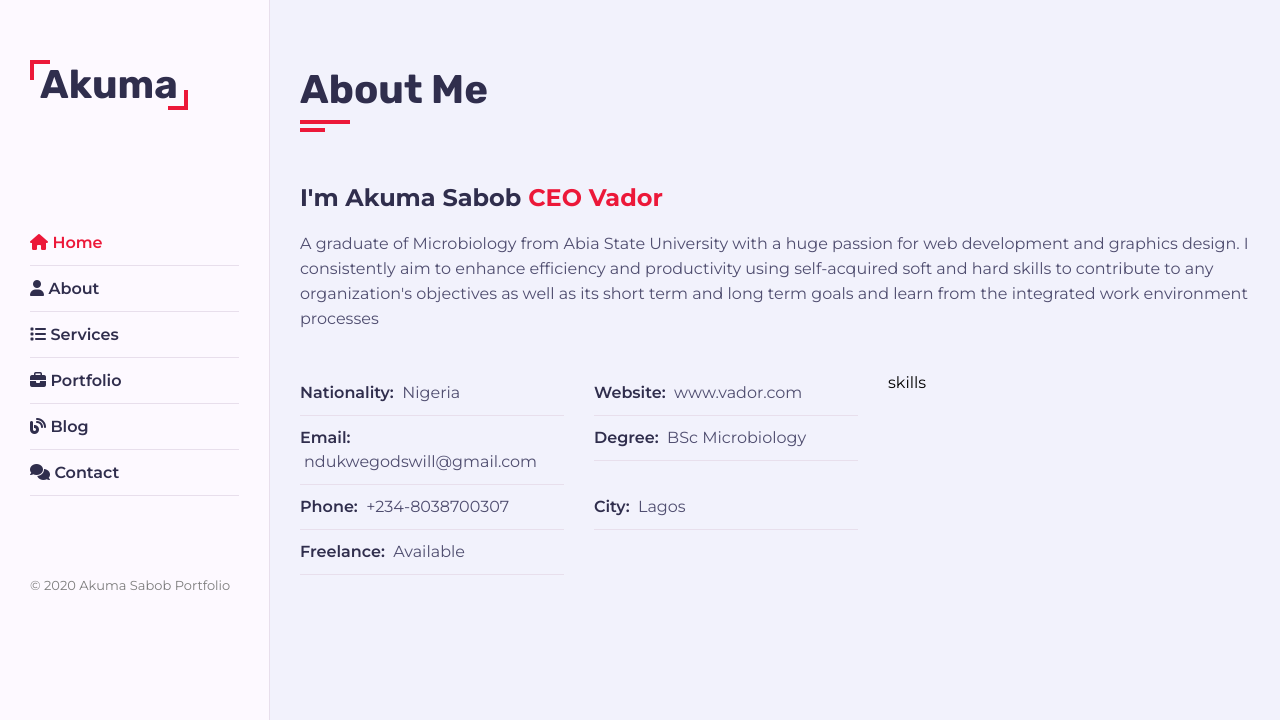
Repository: Akuma001/MY-Portfolio
Page: index.html
An editor plug-in stored every save of this project. The page is shown before and after the next save, followed by the edit.
The browser window is 1280 px wide. The pictures show the whole page.
Some web libraries are served in a nearby version.

Above is the page before, as saved 2020-12-13 18:27:39.

### index.html
<!DOCTYPE html>
<html lang="en">
<head>
  <title>Akuma Sabob</title>
  <meta charset="utf-8">
  <meta name="viewport" content="width=device-width, initial-scale=1">
   <!-- Template css Files -->
	<link rel="stylesheet" href="./css/style.css" type="text/css">
  <link rel="stylesheet" href="./css/skins/pink.css" type="text/css">
  <!-------Favcon icon-------->
  <link href="./images/favicon.ico" rel="icon" type="image/x-icon" />
  <!------------Font-Awesome---------------->
  <script src="https://kit.fontawesome.com/bd6f97032f.js" crossorigin="anonymous"></script>
</head>
<body>
<!-----------Main------------->
<div class="main-container">
<!-----------Side------------->
  <div class="aside">
    <div class="logo">
      <a href="#">Akuma</a>
    </div>

     <!----------Nav toggler---------->
     <div class="nav-toggler">
       <span></span>
     </div>
     <!----------Nav toggler---------->

    <!----------Nav Bar---------->
    <ul class="nav">
      <li><a href="#" class="active"><i class="fa fa-home"></i> Home</a></li>
      <li><a href="#"><i class="fa fa-user"></i> About</a></li>
      <li><a href="#"><i class="fa fa-list"></i> Services</a></li>
      <li><a href="#"><i class="fa fa-briefcase"></i> Portfolio</a></li>
      <li><a href="#"><i class="fas fa-blog"></i> Blog</a></li>
      <li><a href="#"><i class="fa fa-comments"></i> Contact</a></li>
    </ul>
    <div class="copyright-text">
      &copy; 2020 Akuma Sabob Portfolio
    </div>

  </div>
<!-----------Side End------------->

<!-----------Main content------------->
  <div class="main-content">

    <section class="home section hidden">
      <div class="container">
        <div class="intro">
          <img src="./images/profile.jpg" alt="Profile" class="shadow-dark">
          <h1>Akuma Sabob</h1>
          <p>I'm a web-developer <br> I'm graphics designer</p>
          <div class="social-link">
            <a href="#"><i class="fa fa-twitter"></i></a>
            <a href="#"><i class="fa fa-instagram"></i></a>
            <a href="#"><i class="fa fa-linkedin"></i></a>
            <a href="#"><i class="fas fa-code-branch"></i></a>
          </div>
        </div>
      </div>
    </section>

    <!-----------About------------->

      <section class="about section">
        <div class="container">
          <div class="row">
            <div class="section-title padd-15">
              <h2>About Me</h2>
            </div>
          </div>
          <div class="row">
            <div class="about-content padd-15">
              <div class="row">
                <div class="about-text padd-15">
                  <h3>I'm Akuma Sabob <span> CEO Vador </span></h3>
                  <p>A graduate of Microbiology from Abia State University with a huge
                    passion for web development and graphics design. I consistently aim
                    to enhance efficiency and productivity using self-acquired soft and
                    hard skills to contribute to any organization's objectives as well as its
                    short term and long term goals and learn from the integrated work
                    environment processes</p>
                </div>
              </div>
              <div class="row">
                <div class="personal-info padd-15">
                  <div class="row">
                    <div class="info-item padd-15">
                      <p>Nationality: <span>Nigeria</span></p>
                    </div>
                    <div class="info-item padd-15">
                      <p>Website: <span>www.vador.com</span></p>
                    </div>
                    <div class="info-item padd-15">
                      <p>Email: <span>ndukwegodswill@gmail.com</span></p>
                    </div>
                    <div class="info-item padd-15">
                      <p>Degree: <span>BSc Microbiology</span></p>
                    </div>
                    <div class="info-item padd-15">
                      <p>Phone: <span>+234-8038700307</span></p>
                    </div>
                    <div class="info-item padd-15">
                      <p>City: <span>Lagos</span></p>
                    </div>
                    <div class="info-item padd-15">
                      <p>Freelance: <span>Available</span></p>
                    </div>
                  </div>
                </div>
                <div class="skills padd-15">
                  skills
                </div>
              </div>
            </div>
          </div>
        </div>
      </section>

    <!-----------About End------------->
  </div>
<!-----------Main content End------------->
</div>
<!-----------Main------------->
</body>
</html>

### css/style.css

 /*Font Awesome Free Icon*/
 @import url("https://stackpath.bootstrapcdn.com/font-awesome/4.7.0/css/font-awesome.min.css");
 /*Google fonts*/
 @import url('https://fonts.googleapis.com/css?family=Montserrat:400,500,600,700&display=swap');
 @import url('https://fonts.googleapis.com/css?family=Rubik:500,700,900&display=swap');


body{
    margin: 0;
    line-height: 1.5;
    font-size: 16px;
    font-family: 'Montserrat', sans-serif;
    font-weight: 400;
}
*{
    margin: 0;
    padding: 0;
    outline: none;
    text-decoration: none;
    box-sizing: border-box;
}
::before, ::after{
    box-sizing: border-box;
}

.section{
    background-color: #f2f2fc;
    min-height: 100vh;
    display: block;
    padding: 0 30px;
}
.section .container{
    padding-top: 60px;
    padding-bottom: 70px;
}
.section-title{
    -ms-flex: 0 0 100%;
    flex: 0 0 100%;
    max-width: 100%;
    margin-bottom: 60px;
}
.section-title h2{
    font-size: 40px;
    color: #302e4d;
    font-family: 'Rubik', sans-serif;
    font-weight: 700;
    margin: 0;
    position: relative;
}
.section-title h2::before{
    content: '';
    height: 4px;
    width: 50px;
    position: absolute;
    top: 100%;
    left: 0;
}
.section-title h2::after{
    content: '';
    height: 4px;
    width: 25px;
    position: absolute;
    top: 100%;
    left: 0;
    margin-top: 8px;
}
.row{
    display: -ms-flexbox;
    display: flex;
    -ms-flex-wrap: wrap;
    flex-wrap: wrap;
    margin-right: -15px;
    margin-left: -15px;
    position: relative;
}
.padd-15{
    padding-left: 15px;
    padding-right: 15px;
}
.main-content{
    padding-left: 270px;
}

.container{
    max-width: 1100px;
    width: 100%;
    margin: auto;
}
.shadow-dark{
    -webkit-box-shadow: 0 0 20px rgba(48, 46, 77, 0.15);
    box-shadow: 0 0 20px rgba(48, 46, 77, 0.15);
}
.hidden{
    display: none !important;
}

 /*    aside  */
 .aside{
     width: 270px;
     background-color: #fdf9ff;
     position: fixed;
     height: 100%;
     left: 0;
     top: 0;
     z-index: 10;
     border-right: 1px solid #e8dfec;
     padding: 30px;
 }


 .aside .logo{
    padding: 30px 0;
 }
 .aside .logo a{
     font-size: 40px;
     color: #302e4d;
     font-family: 'Rubik', sans-serif;
     font-weight: 700;
     text-decoration: none;
     display: inline-block;
     position: relative;
     padding: 0 10px;
     line-height: 50px;
 }
 .aside .logo a::before{
     content: '';
     height: 20px;
     width: 20px;
     position: absolute;
     top: 0;
     left: 0;
 }
 .aside .logo a::after{
    content: '';
    height: 20px;
    width: 20px;
    position: absolute;
    bottom: 0;
    right: 0;
 }
 .aside .nav-toggler{
     height: 40px;
     width: 45px;
     border: 1px solid #d4d4e3;
     cursor: pointer;
     position: fixed;
     left: 300px;
     top: 30px;
     z-index: 11;
     border-radius: 5px;
     background-color: #fdf9ff;
     /*
     display: -ms-flexbox;
     display: flex;
     */
     display: none;
     -ms-flex-align: center;
     align-items: center;
     -ms-flex-pack: center;
     justify-content: center;
 }
 .aside .nav-toggler span{
    height: 2px;
    width: 18px;
    display: inline-block;
    position: relative;
 }
 .aside .nav-toggler span::before{
     content: '';
     height: 2px;
     width: 18px;
     position: absolute;
     top: -6px;
     left: 0;
 }
 .aside .nav-toggler span::after{
    content: '';
    height: 2px;
    width: 18px;
    position: absolute;
    top: 6px;
    left: 0;
}
 .aside .nav{
    list-style: none;
     margin: 80px 0;
     padding: 0;
 }
 .aside .nav li{
     display: block;
 }
 .aside .nav li a{
     font-size: 16px;
     font-weight: 600;
     color: #302e4d;
     text-decoration: none;
     line-height: 45px;
     display: block;
     border-bottom: 1px solid #e8dfec;
     -webkit-transition: all 0.3s ease;
     transition: all 0.3s ease;
     text-transform: capitalize;
 }
 .aside .nav li a:not(.active):hover{
     padding-left: 5px;
 }
 .aside .nav li a fa{
     margin-right: 5px;
 }
 .aside .copyright-text{
    font-size: 13px;
    color: #7d7d7d;
 }

 /*    Home      */

 .home{
     min-height: 100vh;
     display: -ms-flexbox;
     display: flex;
 }

 .home .intro{
     text-align: center;
 }

 .home .intro img{
     height: 200px;
     width: 200px;
     border-radius: 50%;
     display: inline-block;
     border: 8px solid #ffffff;
 }

 .home .intro h1{
     font-size: 30px;
     color: #302e4d;
     font-family: 'Rubik', sans-serif;
     font-weight: 700;
     margin: 20px 0 5px;
 }
 .home .intro p{
     font-size: 16px;
     font-weight: 500;
     margin: 0%;
     line-height: 22px;
     color: #504e70;
 }

 .home .intro .social-link{
     margin-top: 25px;
 }

 .home .intro .social-link a{
     height: 35px;
     width: 35px;
     display: inline-block;
     text-align: center;
     line-height: 35px;
     color: #ffffff;
     margin: 0 4px;
     border-radius: 50%;
     text-decoration: none;
     -webkit-transition: all 0.3s ease;
     transition: all 0.3s ease;
 }

 .home .intro .social-link a:hover{
    -webkit-transform: scale(1.1);
    transform: scale(1.1);
 }


 /*      About Section     */

.about .about-content{
    -ms-flex: 0 0 100%;
    flex: 0 0 100%;
    max-width: 100%;
}
.about .about-content .about-text{
    -ms-flex: 0 0 100%;
    flex: 0 0 100%;
    max-width: 100%;
}
.about .about-content .about-text h3{
    font-size: 24px;
    margin-bottom: 15px;
    font-weight: 700;
    color: #302e4d;
}
.about .about-content .about-text p{
    font-size: 16px;
    line-height: 25px;
    color: #504e70;
    margin: 0;
}

.about .about-content .personal-info{
    /* background-color: red; */
    -ms-flex: 0 0 60%;
    flex: 0 0 60%;
    max-width: 60%;
    margin-top: 40px;
}
.about .about-content .personal-info .info-item{
    -ms-flex: 0 0 50%;
    flex: 0 0 50%;
    max-width: 50%;
}
.about .about-content .personal-info .info-item p{
    font-weight: 600;
    padding: 10px 0;
    font-size: 16px;
    color: #302e4d;
    margin: 0;
    border-bottom: 1px solid #e8dfec;

}
.about .about-content .personal-info .info-item p span{
    font-weight: 400;
    color: #504e70;
    margin-left: 4px;
    display: inline-block;
}
.about .about-content .skills{
    /* background-color: blue; */
    -ms-flex: 0 0 40%;
    flex: 0 0 40%;
    max-width: 40%;
    margin-top: 40px;
}

### css/skins/pink.css
.aside .logo a::before{
    border-top: 4px solid #ec1839;
    border-left: 4px solid #ec1839;
}

.aside .logo a::after{
    border-right: 4px solid #ec1839;
    border-bottom: 4px solid #ec1839;
}

.about .about-content .about-text h3 span,
.aside .nav li a:hover,
.aside .nav li a.active{
    color: #ec1839;
}

.section-title h2::after,
.section-title h2::before,
.aside .nav-toggler span,
.aside .nav-toggler span::before,
.aside .nav-toggler span::after,
.home .intro .social-link a{
    background-color: #ec1839;
}

After the next save:
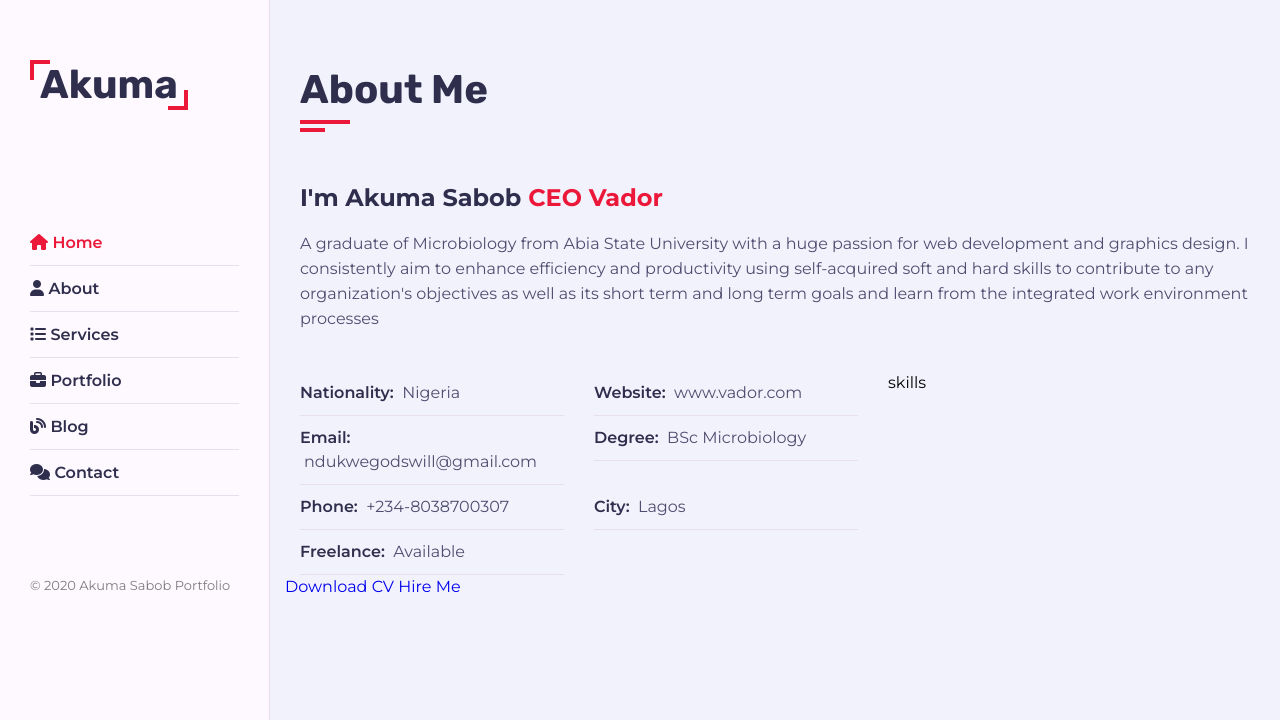
Saved 113 s later.
--- a/index.html
+++ b/index.html
@@ -109,6 +109,12 @@
                       <p>Freelance: <span>Available</span></p>
                     </div>
                   </div>
+                  <div class="row">
+                    <div class="buttons">
+                      <a href="#">Download CV</a>
+                      <a href="#">Hire Me</a>
+                    </div>
+                  </div>
                 </div>
                 <div class="skills padd-15">
                   skills
